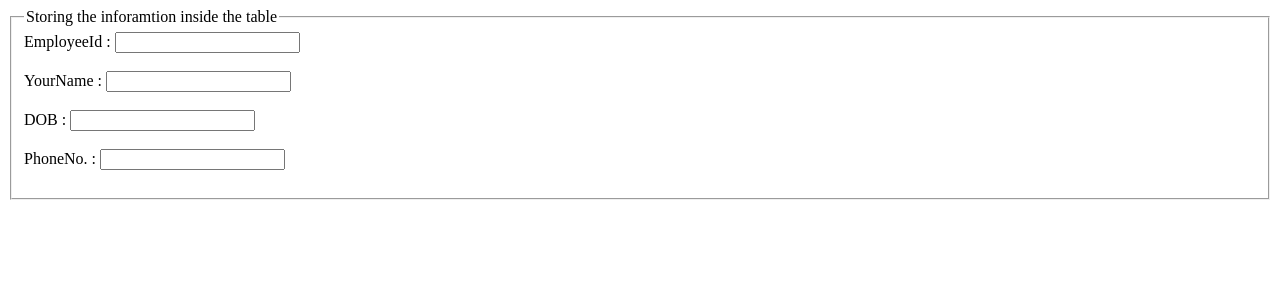
Repository: Altafalinadaf/SimpleProjects
Page: servletDemo7/src/main/webapp/index7.html
These files come from the project's save history. The page is drawn as it stood at one moment and after the next save; the edit follows.
The browser window is 1280 px wide. The pictures show the whole page.

Above is the page before, as saved 2023-10-31 10:53:25.

### servletDemo7/src/main/webapp/index7.html
<!DOCTYPE html>
<html>

<head>
	<meta charset="ISO-8859-1">
	<title>Insert title here</title>
</head>

<body>

	<form action="register" method="post">
		<fieldset>
			<legend>Storing the inforamtion inside the table </legend>

			<label for="id">EmployeeId : </label>
			<input type="text" name="empId" id="id" />
			<br />
			<br />
			<label for="name">YourName : </label>
			<input type="text" name="ename" id="name" />
			<br />
			<br />
			<label for="dob">DOB : </label>
			<input type="text" name="dob" id="dob" />
			<br />
			<br />
			<label for="phone">PhoneNo. : </label>
			<input type="number" name="phone" id="phone" />
			<br />
			<br />

		</fieldset>
	</form>
</body>

</html>

After the next save:
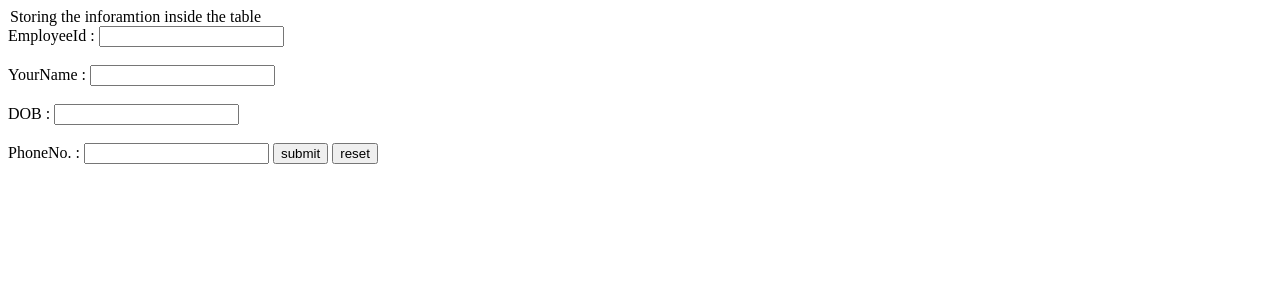
Saved 8 min 0 s later.
--- a/servletDemo7/src/main/webapp/index7.html
+++ b/servletDemo7/src/main/webapp/index7.html
@@ -9,27 +9,29 @@
 <body>
 
 	<form action="register" method="post">
-		<fieldset>
+		<field set>
 			<legend>Storing the inforamtion inside the table </legend>
 
-			<label for="id">EmployeeId : </label>
+			<label for="id">EmployeeId  : </label>
 			<input type="text" name="empId" id="id" />
 			<br />
 			<br />
-			<label for="name">YourName : </label>
+			<label for="name">YourName  : </label>
 			<input type="text" name="ename" id="name" />
 			<br />
 			<br />
-			<label for="dob">DOB : </label>
+			<label for="dob">DOB        : </label>
 			<input type="text" name="dob" id="dob" />
 			<br />
 			<br />
 			<label for="phone">PhoneNo. : </label>
 			<input type="number" name="phone" id="phone" />
+			<input type="submit" value="submit" />
+			<input type="reset" value="reset" />
 			<br />
 			<br />
 
-		</fieldset>
+		</field set>
 	</form>
 </body>
 
